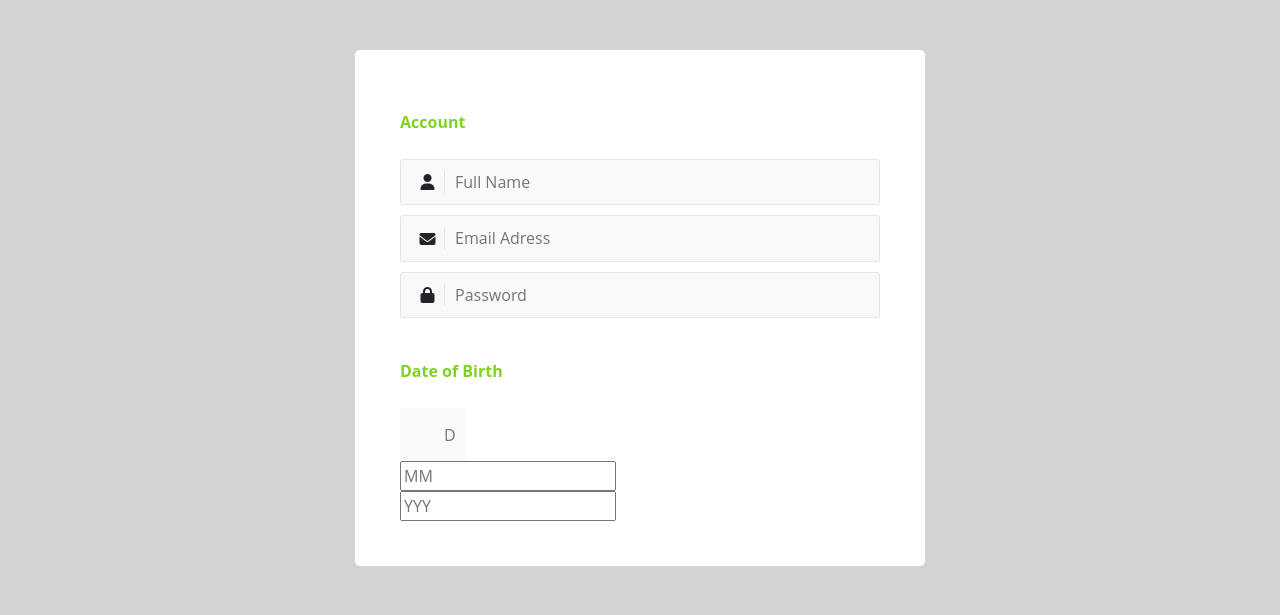
Repository: letrongtinh27/LapTrinhWeb
Page: Payment/index.html
The author's editor kept a copy of each file at every save. The page is drawn from the files as they stood at one save, then again after the next save.
The browser window is 1280 px wide. The pictures show the whole page.

Above is the page before, as saved 2022-10-11 21:27:28.

### Payment/index.html
<!DOCTYPE html>
<html lang="en">
<head>
    <meta charset="UTF-8">
    <meta http-equiv="X-UA-Compatible" content="IE=edge">
    <meta name="viewport" content="width=device-width, initial-scale=1.0">
    <title>Document</title>
    <link rel="stylesheet" href="./reset.css">
    <link rel="stylesheet" href="./style.css">
    <link rel="stylesheet" href="https://cdn.jsdelivr.net/npm/bootstrap@4.3.1/dist/css/bootstrap.min.css" integrity="sha384-ggOyR0iXCbMQv3Xipma34MD+dH/1fQ784/j6cY/iJTQUOhcWr7x9JvoRxT2MZw1T" crossorigin="anonymous">
    <link rel="stylesheet" href="https://cdnjs.cloudflare.com/ajax/libs/font-awesome/6.2.0/css/all.min.css" integrity="sha512-xh6O/CkQoPOWDdYTDqeRdPCVd1SpvCA9XXcUnZS2FmJNp1coAFzvtCN9BmamE+4aHK8yyUHUSCcJHgXloTyT2A==" crossorigin="anonymous" referrerpolicy="no-referrer" />
</head>
<body>
    <div class="payment">
        <form action="#" class="form-payment">
            <h4 class="title">Account</h4>
            <div class="form-group">
            <div class="form-item">
                <input type="text" placeholder="Full Name">
                <div class="icon icon-name">
                    <i class="fa-solid fa-user"></i>
                </div>
            </div>
            <div class="form-item">
                <input type="email" placeholder="Email Adress">
                <div class="icon icon-email">
                    <i class="fa-solid fa-envelope"></i>
                </div>
            </div>
            <div class="form-item">
                <input type="password" placeholder="Password">
                <div class="icon icon-pass">
                    <i class="fa-solid fa-lock"></i>
                </div>
            </div>
        </div>
        <div class="form-group2">
            <div class="date">
                <h4 class="title">Date of Birth</h4>
                <div class="input-group">
                    <div class="item-input"> <input type="text" placeholder="DD"></div>
                    <div class="col-third"> <input type="number" placeholder="MM"></div>
                    <div class="col-third"> <input type="number" placeholder="YYY"></div>
                </div>
            </div>

        </div>

            <!-- <div class="form-item">
                <div class="card">
                    <input type="radio"> Credit Card
                    <i class="fa-brands fa-cc-visa"></i>
                </div>
                <div class="card">
                    <input type="radio"> Paypal
                    <i class="fa-brands fa-cc-paypal"></i>
                </div>
                </div> -->
                <!-- <div class="form-item">
                    <input type="text" placeholder="Card Number">
                    <div class="icon icon-card">
                        <i class="fa-solid fa-credit-card"></i>
                    </div>
                </div> -->
                <!-- <div class="form-item">
                   <div class="left">
                    <select name="" id="">
                        <option value="">01 Jan</option>
                        <option value="">02 Jan</option>
                    </select>
                    <select name="" id="">
                        <option value="">2015</option>
                        <option value="">2016</option>
                    </select>
                   </div>
                </div> -->
                <!-- <div class="form-item">
                    <h4 class="title">Terms and Conditions</h4>
                    <input type="radio">
                    <label for="">I accept the term and conditions for signing up to this service, and here by confirm i have read the privacy policy.</label>
                </div> -->
        </form>
    </div>
</body>
</html>

### Payment/style.css
/* https://codepen.io/josecarneiro/pen/Kwbapp @import: "libs/base.less"; */
body {
    font-family: 'Open Sans',sans-serif !important;
    background-color: lightgray !important;
}
.payment{
    width: 100%;
    max-width: 570px;
    margin: 50px auto;
    justify-content: center;
    align-items: center;
    display: flex;
    border-radius: 5px;
    background-color: #fff;
    padding: 35px 45px;
}
.form-payment{
    font-family: 'Open Sans',sans-serif;
}
.title{
    color: #7ed321;
    font-size: 16px;
    font-weight: bold;
    line-height: 1.5;
    margin: 25px 0px;
}
.form-group{
    position: relative;

}
.form-item, .item-input > input {
    width: 100%;
    padding: 10px;
    line-height: 1.4;
    border: 1px solid #e5e5e5;
    border-radius: 3px;
    background-color: #f9f9f9;
    margin-bottom: 10px;
}

.form-item > input, .item-input > input{
    padding-left: 44px;
    border: 0;
    outline: none;
    background-color: #f9f9f9;
    margin: 0 auto;
}


.icon {
    display: block;
    position: absolute;
    width: 34px;
    text-align: center;
    border-right: 1px solid #e5e5e5;
}
.icon-name{
    top: 12px;
}
.icon-email{
    top: 69px;
}

.icon-pass {
    top: 125px;
}

.icon-card {
    top: 777px;
}

.form-group2 {
    display: block;
    width: 100%;
    height: 125px;
}

.date {
    padding-right: 10px;
    float: left;
    width: 50%;
}
.input-group{
    margin-bottom: 10px;
}
.item-input {
    padding-right: 10px;
    float: left;
    width: 33%;
}

.item-input > input {
    width: 66px;
    height: 53px;
}

.card{

}
.right{

}
.left{

}

Loaded but not shown: Payment/reset.css (common file)

After the next save:
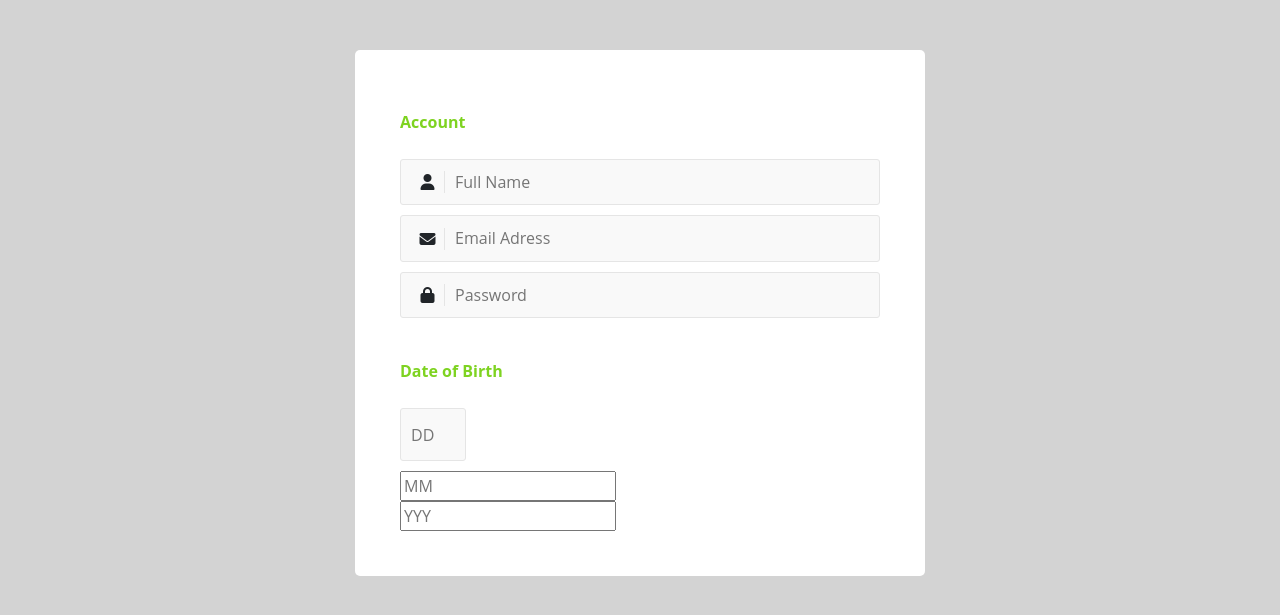
Saved 5 s later.
--- a/Payment/style.css
+++ b/Payment/style.css
@@ -38,7 +38,7 @@ body {
     margin-bottom: 10px;
 }
 
-.form-item > input, .item-input > input{
+.form-item > input{
     padding-left: 44px;
     border: 0;
     outline: none;
